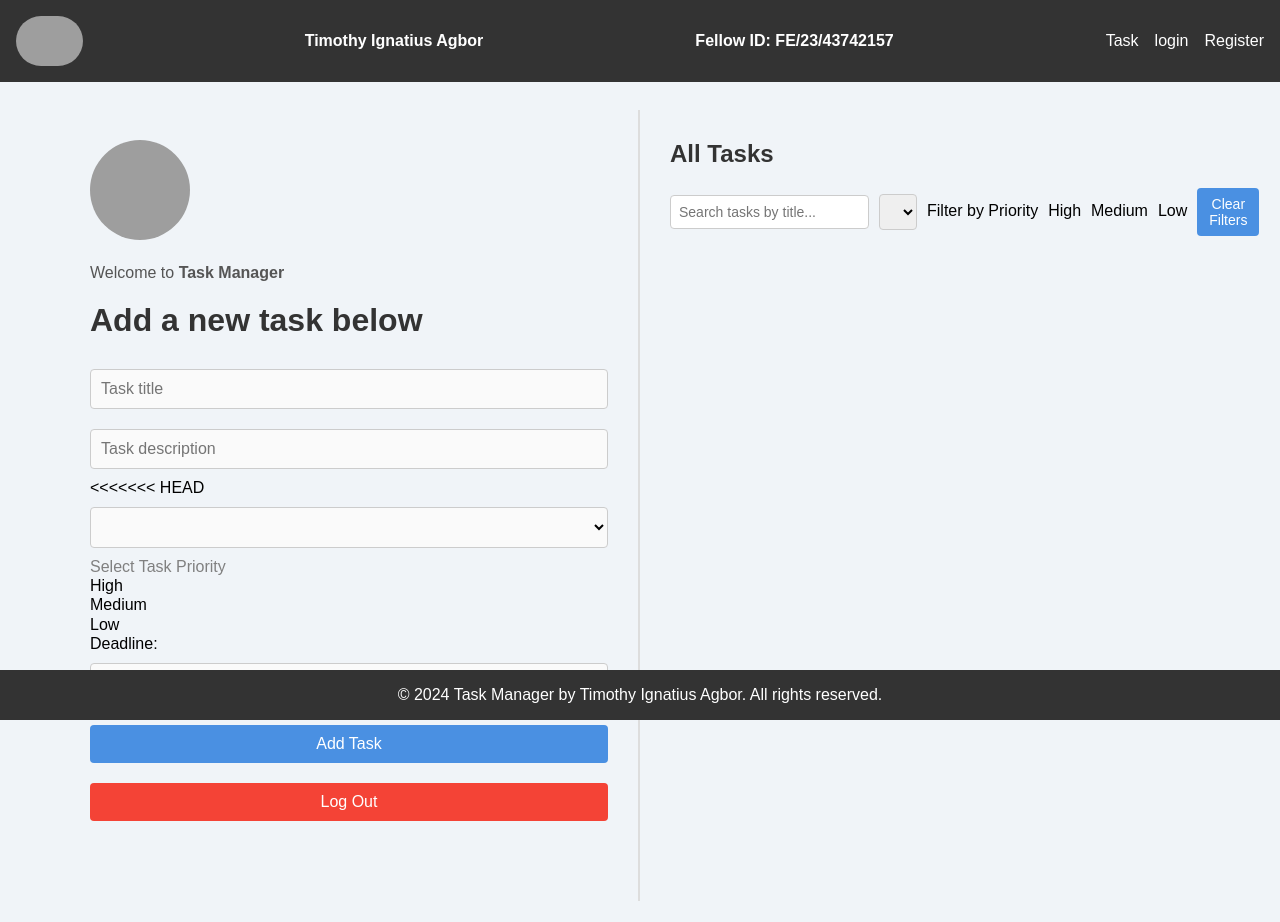
Repository: Evendors/TaskManager-app
Page: task.html
An editor plug-in stored every save of this project. The page is shown before and after a run of saves, followed by the edit.
The browser window is 1280 px wide. The pictures show the whole page.
Pictures or frames that could not be fetched are drawn as grey boxes. The page's requests for data from a server got no answer.

Above is the page before, as saved 2024-12-02 21:26:33.

### task.html
<!DOCTYPE html>
<html lang="en">
  <head>
    <meta charset="UTF-8" />
    <meta name="viewport" content="width=device-width, initial-scale=1.0" />
    <title>Task Manager</title>
    <link rel="stylesheet" href="./frontend/styles/styles.css" />
  </head>
  <body>
    <!-- Header -->
    <header>

      <nav>
        <img
        src="https://files.oaiusercontent.com/file-UxxSnF9NpUokPpkfsqMf13?se=2024-12-02T05%3A53%3A05Z&sp=r&sv=2024-08-04&sr=b&rscc=max-age%3D604800%2C%20immutable%2C%20private&rscd=attachment%3B%20filename%3Da1944776-25e7-4fdd-b29a-8cf1dd8a7fa9.webp&sig=zPngKC45S%2BM4ZQV9ybl6Nb6VX7rAXM9pelPhFyGMbuw%3D"
        alt="Task Manager Logo"
        style="height: 50px; width: auto; margin-right: 10px; border-radius: 25px;"
      />

        <h1>Timothy Ignatius Agbor</h1>
        <h1>Fellow ID: FE/23/43742157</h1>
        <ul>
          <li><a href="task.html">Task</a></li>
          <li><a href="login.html">login</a></li>
          <li><a href="register.html">Register</a></li>
        </ul>
      </nav>
    </header>

    <!-- Main Content -->
    <div class="container">
      <div class="left">
        <img
          style="height: 100px; width: 100px; border-radius: 50px"
          src="https://lh3.googleusercontent.com/a/ACg8ocK4ZTq-NP8qakNvmpa3VUDR7UgA2SCu1MhHvHXfKx0qfc4LE1V9=s288-c-no"
          alt="Timothy image"
        />
        <p>
          Welcome to   <strong>Task Manager</strong><br />
       <h1>   Add a new task below</h1>
        </p>
        <form id="taskForm">
          <input type="text" id="taskTitle" placeholder="Task title" />
          <input type="text" id="taskDesc" placeholder="Task description" />
<<<<<<< HEAD
          <select name="priority" id="priority" title="select">
=======

          <select name="priority" id="priority">
            <option disabled selected>Select Task Priority</option>
            <option value="high">High</option>
            <option value="medium">Medium</option>
            <option value="low">Low</option>
          </select>

          <div>
            <label for="deadline">Deadline:</label>
            <input type="date" name="deadline" id="deadline" />
          </div>
          <button type="submit" id="add">Add Task</button>
        </form>

        <button class="logOut">Log Out</button>
      </div>
      <div class="right">
        <h2>All Tasks</h2>
<!-- Filtering and Searching -->
<div class="taskFilters">
  <input
    type="text"
    id="searchTasks"
    placeholder="Search tasks by title..."
  />
  <select id="filterPriority" title="filterPriority">
=======
  <select id="filterPriority">
    <option value="" selected>Filter by Priority</option>
    <option value="high">High</option>
    <option value="medium">Medium</option>
    <option value="low">Low</option>
  </select>
  <button id="clearFilters">Clear Filters</button>
</div>

        <div class="allTasks">
          <!-- Task Added will show Here -->
        </div>
      </div>
    </div>

    <!-- Footer -->
    <footer>
      <p>&copy; 2024 Task Manager by Timothy Ignatius Agbor. All rights reserved.</p>
    </footer>

    <script src="./frontend/js/app.js"></script>
  </body>
</html>

### frontend/styles/styles.css
/* Reset default margin and padding */
* {
  margin: 0;
  padding: 0;
  box-sizing: border-box;
}

/* Body styling */
body {
  font-family: Arial, sans-serif;
  background-color: #f0f4f8;
  display: flex;
  justify-content: center;
  align-items: flex-start; /* Prevents footer overlap */
  min-height: 100vh;
  padding-top: 70px; /* Adjust for fixed header */
}

/* Header Styles */
header {
  background-color: #333;
  color: white;
  padding: 1rem;
  position: fixed;
  top: 0;
  width: 100%;
  z-index: 1000;
}

header nav {
  display: flex;
  justify-content: space-between;
  align-items: center;
}


header nav h1 {
  font-size: 1rem;
}

header nav ul {
  list-style: none;
  display: flex;
  gap: 1rem;
}

header nav ul li a {
  color: white;
  text-decoration: none;
  font-size: 1rem;
}

header nav ul li a:hover {
  text-decoration: underline;
  color: #336699;
border: 2px solid #ffffff;
border-radius: 5px;
padding: 2px;
}

/* Footer Styles */
footer {
  background-color: #333;
  color: white;
  text-align: center;
  padding: 1rem 0;
  position: fixed;
  bottom: 0;
  width: 100%;
  z-index: 1000;
}

/* Container styling */
.container {
  display: flex;
  flex-direction: row;
  justify-content: space-between;
  padding: 20px;
  max-width: 1200px;
  margin: auto;
  margin-top: 20px; /* To avoid header overlap */
}

/* Left Section */
.left {
  width: 50%;
  padding: 30px;
  border-right: 2px solid #ddd;
}

.left img {
  height: 100px;
  width: 100px;
  border-radius: 50px;
  margin-bottom: 20px;
}

.left h1 {
  margin-bottom: 10px;
  color: #333;
}

.left p {
  color: #555;
  font-size: 16px;
  margin-bottom: 20px;
}

.left form {
  margin-top: 20px;
}

.left input,
.left select {
  width: 100%;
  padding: 10px;
  margin: 10px 0;
  border: 1px solid #ccc;
  border-radius: 4px;
  background-color: #fafafa;
  font-size: 16px;
}

.left input:focus,
.left select:focus {
  border-color: #4a90e2;
  outline: none;
}

.left button {
  width: 100%;
  padding: 10px;
  background-color: #4a90e2;
  color: white;
  border: none;
  border-radius: 4px;
  font-size: 16px;
  cursor: pointer;
  margin-top: 10px;
}

.left button:hover {
  background-color: #357ab7;
}

.left button:active {
  background-color: #336699;
}

.left .logOut {
  width: 100%;
  padding: 10px;
  background-color: #f44336;
  color: white;
  border: none;
  border-radius: 4px;
  font-size: 16px;
  cursor: pointer;
  margin-top: 20px;
  margin-bottom: 50px;
}

.left .logOut:hover {
  background-color: #d32f2f;
}

.left .logOut:active {
  background-color: #b71c1c;
}

/* Right Section */
.right {
  width: 50%;
  padding: 30px;
}

.right h2 {
  color: #333;
  margin-bottom: 20px;
}

.allTasks {
  margin-top: 20px;
}

.task {
  background-color: #ffffff; /* Changed from #f9f9f9 to white */
  padding: 20px;
  margin: 10px 0;
  border-radius: 6px;
  font-size: 28px;
  box-shadow: 0 2px 10px rgba(0, 0, 0, 0.12); /* Stronger shadow for better contrast */
  color: #000; /* Ensure text is dark enough for readability */
}

.task h3 {
  margin-bottom: 10px;
}

.details p {
  margin: 5px 0;
}

/* Task Control Buttons */
.control span {
  margin-right: 10px;
  cursor: pointer;
  color: #4a90e2;
}

.control span:hover {
  text-decoration: underline;
}

.control {
  margin-top: 10px;
}

/* Edit and Delete buttons */
.task .edit,
.task .delete {
  color: #ffffff;
  font-weight: bold;
  cursor: pointer;
  margin-right: 10px;
}

.task .edit:hover,
.task .delete:hover {
  color: white;
  background-color: #ed7117; /* Orange color on hover */
  border-radius: 4px;
  padding: 3px;
}

.task .edit,
.task .delete {
  font-size: 14px;
  padding: 2px;
}
/* filter and search tasks */
/* Task Filters */
.taskFilters {
  display: flex;
  gap: 10px;
  margin-bottom: 20px;
  align-items: center;
}

.taskFilters input[type="text"],
.taskFilters select {
  padding: 8px;
  font-size: 14px;
  border: 1px solid #ccc;
  border-radius: 4px;
  flex: 1;
}

.taskFilters button {
  padding: 8px 12px;
  font-size: 14px;
  background-color: #4a90e2;
  color: white;
  border: none;
  border-radius: 4px;
  cursor: pointer;
}

.taskFilters button:hover {
  background-color: #357ab7;
}

### frontend/js/app.js
const colors = [
  '#893101',
  '#ed7117',
  '#d16002',
  '#cc5801',
  '#b56727',
  '#d67229',
];

const title = document.getElementById('taskTitle');
const desc = document.getElementById('taskDesc');
const priority = document.getElementById('priority');
const deadline = document.getElementById('deadline');
const add = document.getElementById('add');
const allTasks = document.querySelector('.allTasks');

// Elements for filtering and searching
const searchInput = document.getElementById('searchTasks');
const filterPriority = document.getElementById('filterPriority');
const clearFilters = document.getElementById('clearFilters');

let tasksFromServer = [];

// Function to render tasks
function renderTasks(tasks) {
  allTasks.innerHTML = ''; // Clear current tasks
  tasks.forEach((task) => {
    const taskItem = document.createElement('div');
    taskItem.classList.add('task');
    taskItem.style.backgroundColor =
      colors[Math.floor(Math.random() * colors.length)];
    taskItem.setAttribute('data-id', task._id); // Add unique identifier (assumes _id is the identifier)
    taskItem.innerHTML = `
      <h3>${task.title}</h3>
      <p>${task.description}</p>
      <div>
        <p>Priority: ${task.priority}</p>
        <p>Deadline: ${new Date(task.deadline).toLocaleDateString()}</p>
      </div>
      <div>
        <span class="edit">Edit</span>
        <span class="delete">Delete</span>
      </div>
    `;

    // Add event listeners for edit and delete buttons
    taskItem.querySelector('.edit').addEventListener('click', () => editTask(task._id));
    taskItem.querySelector('.delete').addEventListener('click', () => deleteTask(task._id));

    allTasks.appendChild(taskItem);
  });
}

// Fetch tasks from the server
function fetchTasks() {
  fetch('http://localhost:3000/api/tasks/get-tasks', {
    method: 'GET',
    headers: {
      'Content-Type': 'application/json',
    },
    credentials: 'include',
  })
    .then((response) => {
      if (!response.ok) {
        throw new Error('Failed to fetch tasks');
      }
      return response.json();
    })
    .then((data) => {
      tasksFromServer = data; // Store fetched tasks
      renderTasks(tasksFromServer); // Render all tasks initially
    })
    .catch((error) => {
      console.error('Error:', error);
      alert('There was an error fetching tasks.');
    });
}

// Add a new task
add.addEventListener('click', (e) => {
  e.preventDefault();

  if (
    title.value === '' ||
    desc.value === '' ||
    priority.value === '' ||
    deadline.value === ''
  ) {
    alert('All fields are required');
    return;
  }

  const taskData = {
    title: title.value,
    description: desc.value,
    priority: priority.value,
    deadline: new Date(deadline.value),
  };

  fetch('http://localhost:3000/api/tasks/create', {
    method: 'POST',
    headers: {
      'Content-Type': 'application/json',
    },
    body: JSON.stringify(taskData),
    credentials: 'include',
  })
    .then((response) => {
      if (!response.ok) {
        throw new Error('Failed to create task');
      }
      return response.json();
    })
    .then((data) => {
      console.log('Task created:', data);
      alert('Task created successfully');
      title.value = '';
      desc.value = '';
      priority.value = '';
      deadline.value = '';
      fetchTasks(); // Refresh task list
    })
    .catch((error) => {
      console.error('Error:', error);
      alert('There was an error creating the task.');
    });
});

// Edit a task
function editTask(taskId) {
  const taskToEdit = tasksFromServer.find(task => task._id === taskId);

  // Pre-populate input fields with current task data
  title.value = taskToEdit.title;
  desc.value = taskToEdit.description;
  priority.value = taskToEdit.priority;
  deadline.value = new Date(taskToEdit.deadline).toISOString().split('T')[0];

  // Update task on form submission
  add.removeEventListener('click', createTask); // Ensure no duplicate listeners
  add.addEventListener('click', (e) => {
    e.preventDefault();

    if (
      title.value === '' ||
      desc.value === '' ||
      priority.value === '' ||
      deadline.value === ''
    ) {
      alert('All fields are required');
      return;
    }

    const updatedTaskData = {
      title: title.value,
      description: desc.value,
      priority: priority.value,
      deadline: new Date(deadline.value),
    };

    fetch(`http://localhost:3000/api/tasks/update/${taskId}`, {
      method: 'PUT',
      headers: {
        'Content-Type': 'application/json',
      },
      body: JSON.stringify(updatedTaskData),
      credentials: 'include',
    })
      .then((response) => {
        if (!response.ok) {
          throw new Error('Failed to update task');
        }
        return response.json();
      })
      .then((data) => {
        console.log('Task updated:', data);
        alert('Task updated successfully');
        title.value = '';
        desc.value = '';
        priority.value = '';
        deadline.value = '';
        fetchTasks(); // Refresh task list
      })
      .catch((error) => {
        console.error('Error:', error);
        alert('There was an error updating the task.');
      });
  });
}

// Delete a task
function deleteTask(taskId) {
  const confirmation = confirm('Are you sure you want to delete this task?');
  if (confirmation) {
    fetch(`http://localhost:3000/api/tasks/delete/${taskId}`, {
      method: 'DELETE',
      headers: {
        'Content-Type': 'application/json',
      },
      credentials: 'include',
    })
      .then((response) => {
        if (!response.ok) {
          throw new Error('Failed to delete task');
        }
        return response.json();
      })
      .then((data) => {
        console.log('Task deleted:', data);
        alert('Task deleted successfully');
        fetchTasks(); // Refresh task list
      })
      .catch((error) => {
        console.error('Error:', error);
        alert('There was an error deleting the task.');
      });
  }
}

// Search tasks by title
searchInput.addEventListener('input', () => {
  const searchQuery = searchInput.value.toLowerCase();
  const filteredTasks = tasksFromServer.filter(task =>
    task.title.toLowerCase().includes(searchQuery)
  );
  renderTasks(filteredTasks);
});

// Filter tasks by priority
filterPriority.addEventListener('change', () => {
  const priority = filterPriority.value;
  const filteredTasks = priority
    ? tasksFromServer.filter(task => task.priority === priority)
    : tasksFromServer;
  renderTasks(filteredTasks);
});

// Clear filters and show all tasks
clearFilters.addEventListener('click', () => {
  searchInput.value = '';
  filterPriority.value = '';
  renderTasks(tasksFromServer);
});

// Fetch and render tasks when page loads
window.addEventListener('load', fetchTasks);

After the next 2 saves:
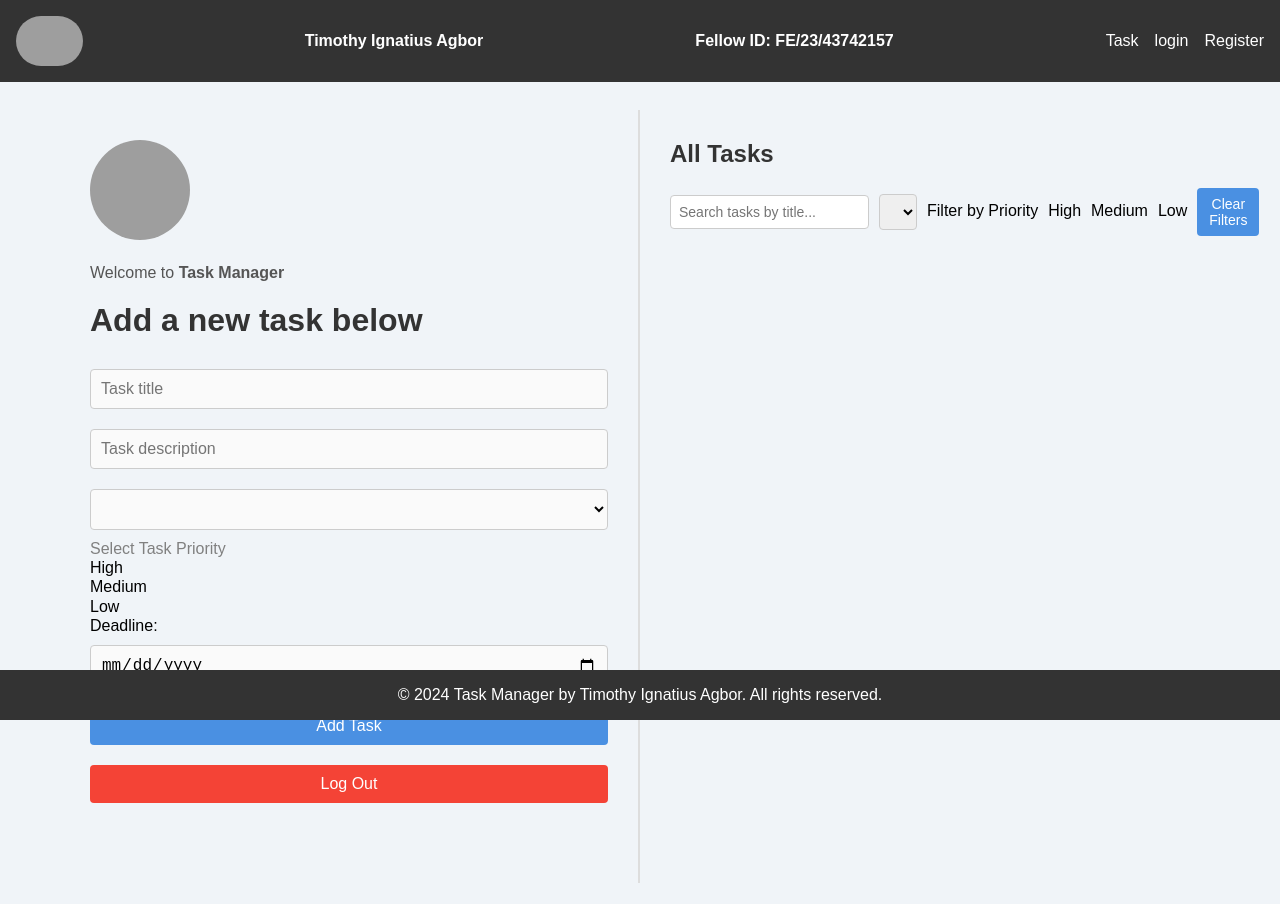
The 2 saves are shown as one change because they came seconds apart.
The last was saved 14 s later.
--- a/task.html
+++ b/task.html
@@ -42,9 +42,7 @@
         <form id="taskForm">
           <input type="text" id="taskTitle" placeholder="Task title" />
           <input type="text" id="taskDesc" placeholder="Task description" />
-<<<<<<< HEAD
           <select name="priority" id="priority" title="select">
-=======
 
           <select name="priority" id="priority">
             <option disabled selected>Select Task Priority</option>
